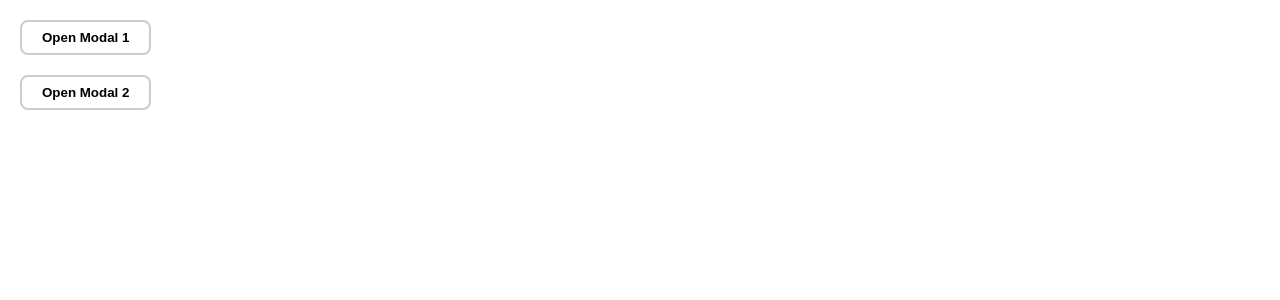
Repository: hoangan3526/Javascript-project
Page: index.html
These files come from the project's save history. The page is drawn as it stood at one moment and after the next save; the edit follows.
The browser window is 1280 px wide. The pictures show the whole page.

Above is the page before, as saved 2026-04-07 17:09:58.

After the next save:
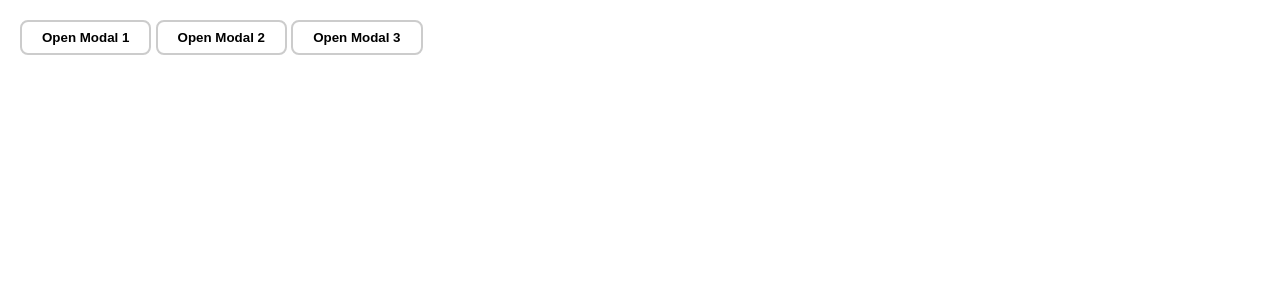
Saved 3 h 51 min later.
--- a/index.html
+++ b/index.html
@@ -8,42 +8,38 @@
     </head>
     <body>
         <main>
-            <button id="open-modal" class="btn">Open Modal 1</button>
+            <button id="open-modal" class="btn" data-modal="#modal-1">Open Modal 1</button>
+            <button id="open-modal" class="btn" data-modal="modal-2">Open Modal 2</button>
+            <button id="open-modal" class="btn" data-modal="modal-3">Open Modal 3</button>
         </main>
-        <main>
-            <button id="open-modal" class="btn">Open Modal 2</button>
-        </main>
+
         <!-- Modal -->
-        <div id = "modal" class="modal-backdrop">
+        <div id = "modal-1" class="modal-backdrop">
             <div class="modal-container">
                 <button id ="modal-close" class="modal-close">&times;</button>
                 <div class="modal-content">
                     <p>
-                        Lorem ipsum dolor, sit amet consectetur adipisicing
-                        elit. Eligendi explicabo voluptates perferendis, nisi
-                        quos, maxime itaque nemo facere vitae, libero magnam.
-                        Commodi labore temporibus ratione officiis nostrum nam
-                        ipsa laudantium nemo eos molestiae sapiente odit,
-                        quibusdam architecto quaerat unde totam iste fugiat! Vel
-                        enim consectetur nostrum, eligendi dolore aliquid
-                        praesentium.
+                        Modal-1
                     </p>
                 </div>
             </div>
         </div>
-        <div id = "modal" class="modal-backdrop">
+        <div id = "modal-2" class="modal-backdrop">
             <div class="modal-container">
                 <button id ="modal-close" class="modal-close">&times;</button>
                 <div class="modal-content">
                     <p>
-                        Lorem ipsum dolor, sit amet consectetur adipisicing
-                        elit. Eligendi explicabo voluptates perferendis, nisi
-                        quos, maxime itaque nemo facere vitae, libero magnam.
-                        Commodi labore temporibus ratione officiis nostrum nam
-                        ipsa laudantium nemo eos molestiae sapiente odit,
-                        quibusdam architecto quaerat unde totam iste fugiat! Vel
-                        enim consectetur nostrum, eligendi dolore aliquid
-                        praesentium.
+                        Modal-2
+                    </p>
+                </div>
+            </div>
+        </div>
+        <div id = "modal-3" class="modal-backdrop">
+            <div class="modal-container">
+                <button id ="modal-close" class="modal-close">&times;</button>
+                <div class="modal-content">
+                    <p>
+                        Modal-3
                     </p>
                 </div>
             </div>
